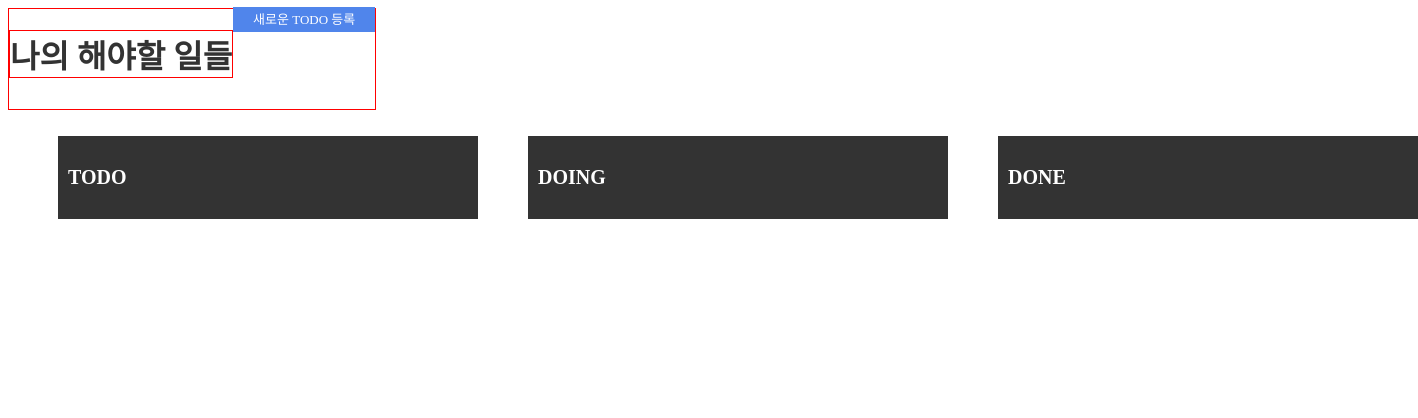
Repository: estellechoi/jsp-project-todo
Page: http://localhost/todo/MainServlet
These files come from the project's save history. The page is drawn as it stood at one moment and after the next save; the edit follows.
The browser window is 1280 px wide. The page is 1418 px wide, so the pictures cover 1418 px, including what lies to the right of the window. The pictures show the whole page.
The page is served by Tomcat 9. Other server files are loaded and not shown. Queries for data that is not in the repository find no rows.

Above is the page before, as saved 2019-12-08 07:44:30.

### todo/src/main/webapp/jsp/main.jsp
<%@page import="kr.co.todo.dto.TodoDto"%>
<%@page import="java.util.List"%>
<%@ page language="java" contentType="text/html; charset=UTF-8"
    pageEncoding="UTF-8"%>
<%@ taglib prefix="c" uri="http://java.sun.com/jsp/jstl/core" %>

<!DOCTYPE html>
<html>
<head>
<meta charset="UTF-8">
<title>나의 해야할 일들</title>
<style>
	section {
		display: flex;
	}

	ul {
		margin-left: 10px;
	}

	li {
		list-style-type: none;
		margin-top: 10px;
	}


	header {
 		height: 100px;
 		width: 100%;
/* 		padding: 80px 20px; */
		border: 1px solid red;
		display: table-cell;
		vertical-align: center;
	}

	#header_logo {
		color: #333333;
		font-weight: bold;
		float: left;
		border: 1px solid red;
	}

	#header_btns {
		float: right;
	}

	#btn_skyblue_white {
		background: #5085EB;
		color: white;
		padding: 5px 20px;
		text-decoration: none;
		font-size: 13px;
	}

	.type_columns {
		width: 400px;
		padding: 30px 10px;
		background: #333333;
		color: white;
		font-size: 20px;
		font-weight: bold;
	}

	.content_list {
		position: relative;
		width: 400px;
		padding: 20px 10px;
		background: #d2d2d2;
		color: #333333;
	}

	.title {
		font-weight: bold;
		letter-spacing: 2px;
	}

	.content {
		font-size: 13px;
		margin-top: 20px;
	}
	.btn_update {
		position: absolute;
		top: 50px;
		left: 370px;
		text-decoration: none;
		color: #333333;
		font-weight: bold;
	}
	.btn_delete {
		position: absolute;
		top: 50px;
		left: 370px;
		text-decoration: none;
		color: #ED6653;
		font-weight: bold;
	}

</style>
</head>
<body>
	<header>
		<h1 id="header_logo">나의 해야할 일들</h1>
		<nav id="header_btns">
			<a id="btn_skyblue_white" href="TodoFormServlet">새로운 TODO 등록</a>
		</nav>
	</header>
	<!-- section 시작  -->
	<section>
		<!-- TODO -->
		<ul id="todo">
			<li class="type_columns">TODO</li>
			<c:forEach items="${requestScope.getTodos}" var="todoDto">
				<!-- todoDto.type 이 'TODO' 인 것만 출력 -->
				<c:if test="${todoDto.type eq 'TODO'}">
					<li class="content_list" id="${todoDto.id}">
						<span class="title">${todoDto.title}</span> <br />
						<span class="content">등록날짜 : ${todoDto.regDate}, ${todoDto.name}, 우선순위 ${todoDto.sequence}</span>
						<a class="btn_update" href="javascript:updateType('${todoDto.id}', '${todoDto.type}')">변경</a>
					</li>
				</c:if>
			</c:forEach>
		</ul>
		<!-- DOING -->
		<ul id="doing">
			<li class="type_columns">DOING</li>
			<c:forEach items="${requestScope.getTodos}" var="todoDto">
				<!-- 'DOING' 인 것만 출력 -->
				<c:if test="${todoDto.type eq 'DOING'}">
					<li class="content_list" id="${todoDto.id}">
						<span class="title">${todoDto.title}</span> <br />
						<span class="content">등록날짜 : ${todoDto.regDate}, ${todoDto.name}, 우선순위 ${todoDto.sequence}</span>
						<a class="btn_update" href="javascript:updateType('${todoDto.id}', '${todoDto.type}')">완료</a>
					</li>
				</c:if>
			</c:forEach>
		</ul>
		<!-- DONE -->
		<ul id="done">
			<li class="type_columns">DONE</li>
			<c:forEach items="${requestScope.getTodos}" var="todoDto">
				<!-- 'DONE' 인 것만 -->
				<c:if test="${todoDto.type eq 'DONE'}">
					<li class="content_list" id="${todoDto.id}">
						<span class="title">${todoDto.title}</span> <br />
						<span class="content">등록날짜 : ${todoDto.regDate}, ${todoDto.name}, 우선순위 ${todoDto.sequence}</span>
						<a class="btn_delete" href="javascript:updateType('${todoDto.id}', '${todoDto.type}')">지우기</a>
					</li>
				</c:if>
			</c:forEach>
		</ul>
	</section>
	<!-- js 경로를 찾을 때 ContextPath 넣지 않는 방법은 ? -->
	<script type="text/javascript" src="<%=request.getContextPath()%>/etc/updatelist.js"></script>
</body>
</html>

### todo/src/main/java/kr/co/todo/servlet/MainServlet.java
package kr.co.todo.servlet;

import java.io.IOException;
import java.sql.SQLException;
import java.util.List;

import javax.servlet.RequestDispatcher;
import javax.servlet.ServletException;
import javax.servlet.annotation.WebServlet;
import javax.servlet.http.HttpServlet;
import javax.servlet.http.HttpServletRequest;
import javax.servlet.http.HttpServletResponse;

import kr.co.todo.dao.TodoDao;
import kr.co.todo.dto.TodoDto;

@WebServlet("/MainServlet")
public class MainServlet extends HttpServlet {
	private static final long serialVersionUID = 1L;

	public MainServlet() {
		super();

	}

	protected void doGet(HttpServletRequest request, HttpServletResponse response)
			throws ServletException, IOException {

		TodoDao todoDao = new TodoDao();

		// 모든 레코드 조회
		List<TodoDto> list = todoDao.getTodos();
		request.setAttribute("getTodos", list);

		// main.jsp 로 포워드 하기
		RequestDispatcher requestDispatcher = request.getRequestDispatcher("/jsp/main.jsp");
		requestDispatcher.forward(request, response);

	}

}

### todo/src/main/java/kr/co/todo/dao/TodoDao.java
package kr.co.todo.dao;

import java.sql.Connection;
import java.sql.DriverManager;
import java.sql.PreparedStatement;
import java.sql.ResultSet;
import java.sql.SQLException;
import java.sql.Statement;
import java.util.ArrayList;
import java.util.List;

import kr.co.todo.dto.TodoDto;

public class TodoDao {

	String dbUrl = "jdbc:mysql://localhost:3306/youjin?useSSL=false&serverTimezone=UTC&autoReconnection=true";
	String dbUser = "estellechoi";
	String dbPwd = "yk0425";

	// Main.jsp 에 표시될 전체 toto 목록
	public List<TodoDto> getTodos() {

		// 드라이버 로드
		try {
			Class.forName("com.mysql.cj.jdbc.Driver");
		} catch (ClassNotFoundException e) {
			e.printStackTrace();
		}

		List<TodoDto> list = new ArrayList<TodoDto>();

		String sql = "select id, name, regdate, sequence, title, type from todo";

		try (Connection conn = DriverManager.getConnection(dbUrl, dbUser, dbPwd);
				Statement stmt = conn.createStatement()){

			try (ResultSet rs = stmt.executeQuery(sql)) {
				while (rs.next()) {
					TodoDto todoDto = new TodoDto(rs.getInt("id"), rs.getString("name"), rs.getString("regdate"), rs.getInt("sequence"), rs.getString("title"), rs.getString("type"));
					list.add(todoDto);
				}
			}
			catch (Exception e) {
				e.printStackTrace();
			}
		}
		catch (Exception e) {
			e.printStackTrace();
		}

		return list;
	}

	// 할 일 등록
	public int addTodo(TodoDto todoDto) {

		try {
			Class.forName("com.mysql.cj.jdbc.Driver");
		} catch (ClassNotFoundException e) {
			e.printStackTrace();
		}

		int insertCount = 0;
		String sql = "insert into todo(title, name, sequence, regdate) values(?,?,?, now())";

		try (Connection conn = DriverManager.getConnection(dbUrl, dbUser, dbPwd);
			PreparedStatement pstmt = conn.prepareStatement(sql)) {
				pstmt.setString(1, todoDto.getTitle());
				pstmt.setString(2, todoDto.getName());
				pstmt.setInt(3, todoDto.getSequence());
				insertCount = pstmt.executeUpdate(); // CREATE / DROP 관련 구문에서는 -1 을 반환
		}
		// what about nullpointerexception ?
		catch (SQLException e) {
			e.printStackTrace();
		}

		return insertCount;
	}

	public int updateTodo(TodoDto todoDto) {

		try {
			Class.forName("com.mysql.cj.jdbc.Driver");
		} catch (ClassNotFoundException e) {
			e.printStackTrace();
		}

		int updateCount = 0;
		String sql = "update todo set type = ? where id = ?";

		try (Connection conn = DriverManager.getConnection(dbUrl, dbUser, dbPwd);
				PreparedStatement pstmt = conn.prepareStatement(sql)){
			pstmt.setString(1, todoDto.getType());
			pstmt.setLong(2, todoDto.getId());
			updateCount = pstmt.executeUpdate();
		} catch (SQLException e) {
			e.printStackTrace();
		}

		return updateCount;
	}

	public int deleteTodo(long id) {
		try {
			Class.forName("com.mysql.cj.jdbc.Driver");
		} catch (ClassNotFoundException e) {
			e.printStackTrace();
		}

		int deleteCount =0;
		String sql = "delete from todo where id = " + id;

		try (Connection conn = DriverManager.getConnection(dbUrl, dbUser, dbPwd);
				Statement stmt = conn.createStatement()){
			deleteCount = stmt.executeUpdate(sql);
		}
		catch (SQLException e) {
			e.printStackTrace();
		}

		return deleteCount;
	}
}

### todo/src/main/webapp/etc/updatelist.js
/**
 *
 */

	function updateType(id, type) {

		var oReq = new XMLHttpRequest(); // oReq.UNSENT == 0

		// 이벤트 리스너 콜백함수 등록
		/*
		oReq.addEventListener("load", function() {
			if (this.responseText == "success") {
				// 프론트 처리
			}
		});
		*/

		// onreadystatechange 대신에 onload를 사용해도 됩니다. 요청 완료만 잡아내도 된다면요.
		oReq.onreadystatechange = function() {
			if (oReq.readyState == oReq.DONE) { // 요청이 완료되면 (oReq.DONE == 4)
				if (oReq.status == 200 || oReq.status == 201) {
					if (oReq.responseText == "success") {
						// responseText : 현재까지 읽은 응답의 전체 값을 반환
						// 프론트 처리
						alert(oReq.responseText);
						// 리스트 재정렬 함수 호출
						updateList(id, type);
					}
				}
				else {
					console.error(this.responseText);
				}
			}
		}

		oReq.open("GET", "TodoTypeServlet?id=" + id + "&type=" + type); // oReq.OPENED == 1
		oReq.send(); // oReq.HEADERS_RECEIVED (2) -> LOADING (3) -> DONE (4)
	}

	function updateList(id, type) {
		const targetList = document.getElementById(id);

		switch(type) {
		case "TODO" :
			document.querySelector("#todo").removeChild(targetList);
			document.querySelector("#doing").append(targetList);
			break;
		case "DOING" :
			document.querySelector("#doing").removeChild(targetList);
			document.querySelector("#done").append(targetList);
			break;
		case "DONE" :
			document.querySelector("#done").removeChild(targetList);
			break;
		default:
			break;

		}
	}

After the next save:
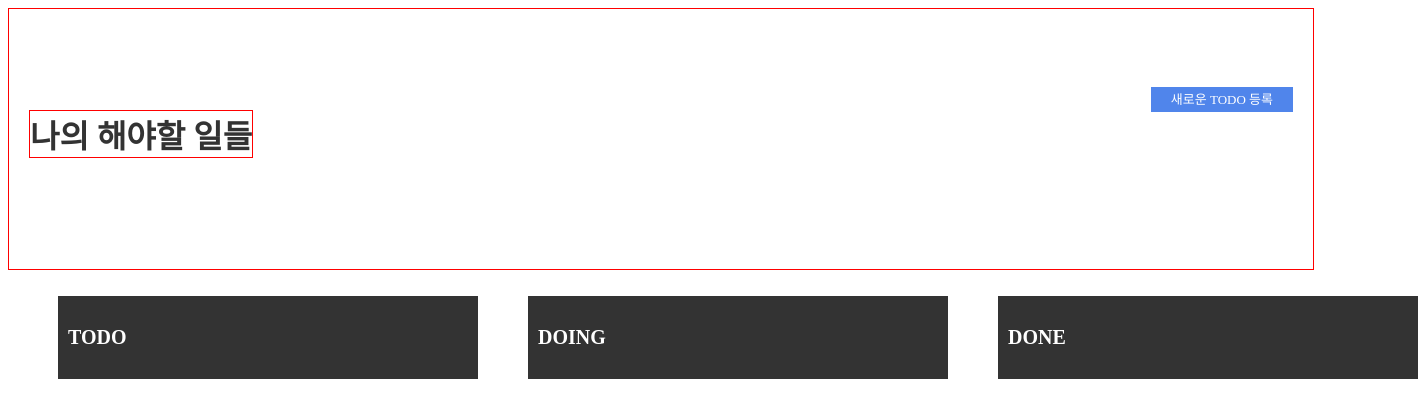
Saved 35 s later.
--- a/todo/src/main/webapp/jsp/main.jsp
+++ b/todo/src/main/webapp/jsp/main.jsp
@@ -27,10 +27,8 @@
 	header {
  		height: 100px;
  		width: 100%;
-/* 		padding: 80px 20px; */
+ 		padding: 80px 20px;
 		border: 1px solid red;
-		display: table-cell;
-		vertical-align: center;
 	}
 
 	#header_logo {
